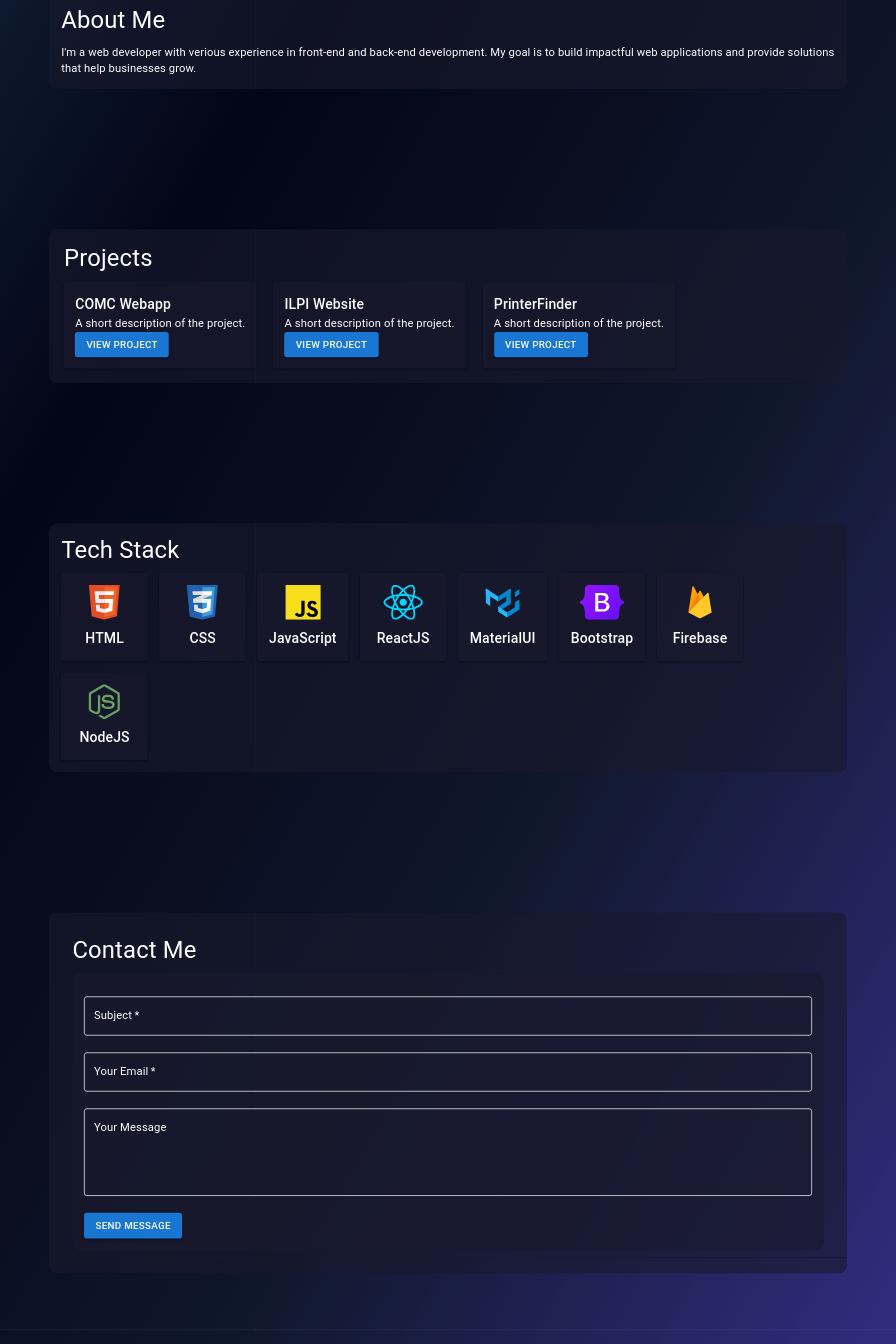
Repository: mikeshadowcoder/myWeb
Page: /
An editor plug-in stored every save of this project. The page is shown before and after the next save, followed by the edit.
The browser window is 1280 px wide. The pictures show the part of the page from y = 929 to 2849 px (the page is 2881 px tall), at 70% of full size.
The project was rebuilt for these pictures with package versions that can differ from the ones it lists, and the page was loaded fresh each time.

Above is the page before, as saved 2026-02-10 15:18:28.

After the next save:
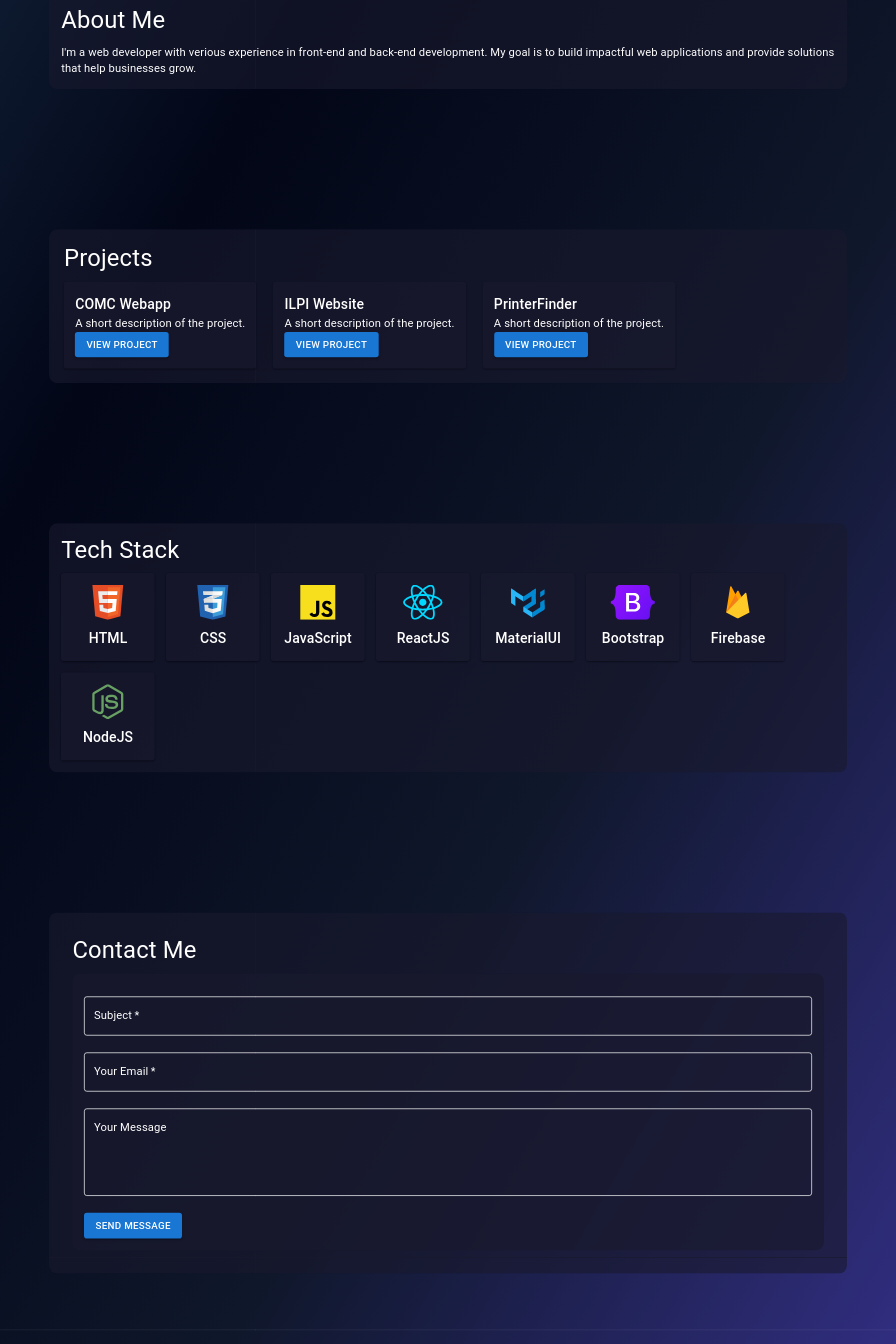
Saved 8 s later.
--- a/src/components/Skills.js
+++ b/src/components/Skills.js
@@ -43,7 +43,7 @@
               <Box component="img"
                 src={skill.logo}
                 alt={`${skill.skill} logo`}
-                sx={{ width: '90px', height: '50px', marginBottom: '10px' }}
+                sx={{ width: '100px', height: '50px', marginBottom: '10px' }}
               />
               <Typography variant="h6">{skill.skill}</Typography>
             </Paper>
